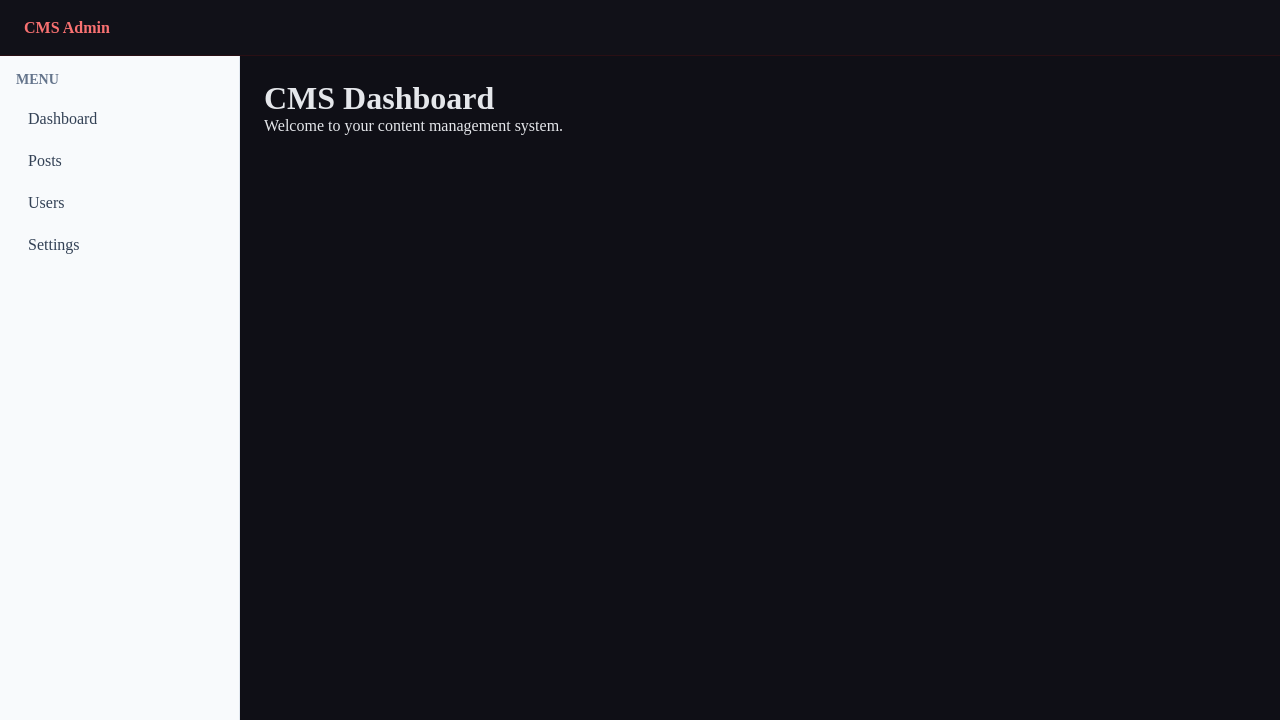
Repository: rajendratamang/react-dashboard
Page: /
An editor plug-in stored every save of this project. The page is shown before and after the next save, followed by the edit.
The browser window is 1280 px wide. The pictures show the whole page.
The project was rebuilt for these pictures with package versions that can differ from the ones it lists, and the page was loaded fresh each time. Also part of the build but not shown: vite.config.ts.

Above is the page before, as saved 2026-01-16 20:23:34.

### src/App.tsx
import MainLayout from "./layouts/MainLayout";
import Dashboard from "./pages/Dashboard";

function App() {
  return (
    <MainLayout>
      <Dashboard />
    </MainLayout>
  );
}

export default App;

### src/index.css
* {
  margin: 0;
  padding: 0;
  box-sizing: border-box;
}

html, body, #root {
  height: 100%;
  width: 100%;
}

### src/layouts/MainLayout.tsx
import { ReactNode } from "react";
import Sidebar from "../components/Sidebar";

type MainLayoutProps = {
  children: ReactNode;
};

export default function MainLayout({ children }: MainLayoutProps) {
  return (
    <div
      style={{
        height: "100%",
        width: "100%",
        display: "flex",
        flexDirection: "column",
        backgroundColor: "#0b0b0f" // app background (blackish)
      }}
    >
      {/* Header */}
      <header
        style={{
          height: "56px",
          width: "100%",
          backgroundColor: "#111118",
          borderBottom: "1px solid #2a0f14",
          display: "flex",
          alignItems: "center",
          padding: "0 24px",
          fontWeight: 600,
          color: "#f87171" // soft red
        }}
      >
        CMS Admin
      </header>

      {/* Body */}
      <div
        style={{
          flex: 1,
          display: "flex",
          width: "100%",
          overflow: "hidden"
        }}
      >
        {/* Sidebar */}
        <Sidebar />

        {/* Main Content */}
        <main
          style={{
            flex: 1,
            backgroundColor: "#0f0f16",
            color: "#e5e7eb",
            overflowY: "auto"
          }}
        >
          {children}
        </main>
      </div>
    </div>
  );
}

### src/pages/Dashboard.tsx
export default function Dashboard() {
  return (
    <div style={{ padding: "24px" }}>
      <h1>CMS Dashboard</h1>
      <p>Welcome to your content management system.</p>
    </div>
  );
}

### src/components/Sidebar.tsx
type MenuItem = {
  label: string;
};

const menuItems: MenuItem[] = [
  { label: "Dashboard" },
  { label: "Posts" },
  { label: "Users" },
  { label: "Settings" }
];

export default function Sidebar() {
  return (
    <aside
      style={{
        width: "240px",
        backgroundColor: "#f8fafc",
        borderRight: "1px solid #e2e8f0",
        padding: "16px",
        color: "#334155"
      }}
    >
      {/* Sidebar Title */}
      <div
        style={{
          fontSize: "14px",
          fontWeight: 600,
          color: "#64748b",
          marginBottom: "12px",
          textTransform: "uppercase"
        }}
      >
        Menu
      </div>

      {/* Menu Items */}
      <nav>
        {menuItems.map((item) => (
          <div
            key={item.label}
            style={{
              padding: "10px 12px",
              borderRadius: "6px",
              cursor: "pointer",
              marginBottom: "4px"
            }}
            onMouseEnter={(e) =>
              (e.currentTarget.style.backgroundColor = "#e2e8f0")
            }
            onMouseLeave={(e) =>
              (e.currentTarget.style.backgroundColor = "transparent")
            }
          >
            {item.label}
          </div>
        ))}
      </nav>
    </aside>
  );
}

Loaded but not shown: index.html (common file); src/main.tsx (common file)

After the next save:
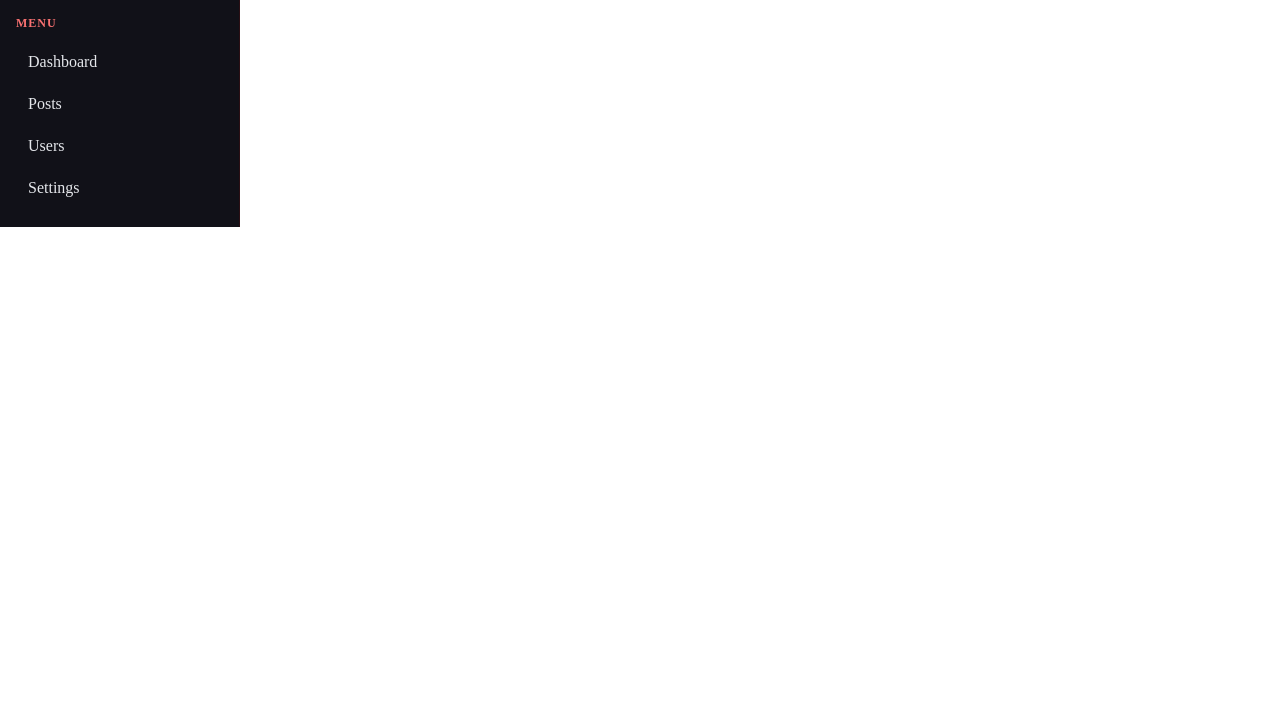
Saved 13 s later.
--- a/src/layouts/MainLayout.tsx
+++ b/src/layouts/MainLayout.tsx
@@ -1,62 +1,64 @@
-import { ReactNode } from "react";
-import Sidebar from "../components/Sidebar";
-
-type MainLayoutProps = {
-  children: ReactNode;
+type MenuItem = {
+  label: string;
 };
 
-export default function MainLayout({ children }: MainLayoutProps) {
+const menuItems: MenuItem[] = [
+  { label: "Dashboard" },
+  { label: "Posts" },
+  { label: "Users" },
+  { label: "Settings" }
+];
+
+export default function Sidebar() {
   return (
-    <div
+    <aside
       style={{
-        height: "100%",
-        width: "100%",
-        display: "flex",
-        flexDirection: "column",
-        backgroundColor: "#0b0b0f" // app background (blackish)
+        width: "240px",
+        backgroundColor: "#111118",
+        borderRight: "1px solid #2a0f14",
+        padding: "16px",
+        color: "#e5e7eb"
       }}
     >
-      {/* Header */}
-      <header
+      {/* Sidebar Title */}
+      <div
         style={{
-          height: "56px",
-          width: "100%",
-          backgroundColor: "#111118",
-          borderBottom: "1px solid #2a0f14",
-          display: "flex",
-          alignItems: "center",
-          padding: "0 24px",
+          fontSize: "12px",
           fontWeight: 600,
-          color: "#f87171" // soft red
+          color: "#f87171",
+          marginBottom: "12px",
+          letterSpacing: "0.08em",
+          textTransform: "uppercase"
         }}
       >
-        CMS Admin
-      </header>
+        Menu
+      </div>
 
-      {/* Body */}
-      <div
-        style={{
-          flex: 1,
-          display: "flex",
-          width: "100%",
-          overflow: "hidden"
-        }}
-      >
-        {/* Sidebar */}
-        <Sidebar />
-
-        {/* Main Content */}
-        <main
-          style={{
-            flex: 1,
-            backgroundColor: "#0f0f16",
-            color: "#e5e7eb",
-            overflowY: "auto"
-          }}
-        >
-          {children}
-        </main>
-      </div>
-    </div>
+      {/* Menu Items */}
+      <nav>
+        {menuItems.map((item) => (
+          <div
+            key={item.label}
+            style={{
+              padding: "10px 12px",
+              borderRadius: "6px",
+              cursor: "pointer",
+              marginBottom: "4px",
+              color: "#e5e7eb"
+            }}
+            onMouseEnter={(e) => {
+              e.currentTarget.style.backgroundColor = "#1a0f14";
+              e.currentTarget.style.color = "#f87171";
+            }}
+            onMouseLeave={(e) => {
+              e.currentTarget.style.backgroundColor = "transparent";
+              e.currentTarget.style.color = "#e5e7eb";
+            }}
+          >
+            {item.label}
+          </div>
+        ))}
+      </nav>
+    </aside>
   );
 }

After the 2 saves that followed:
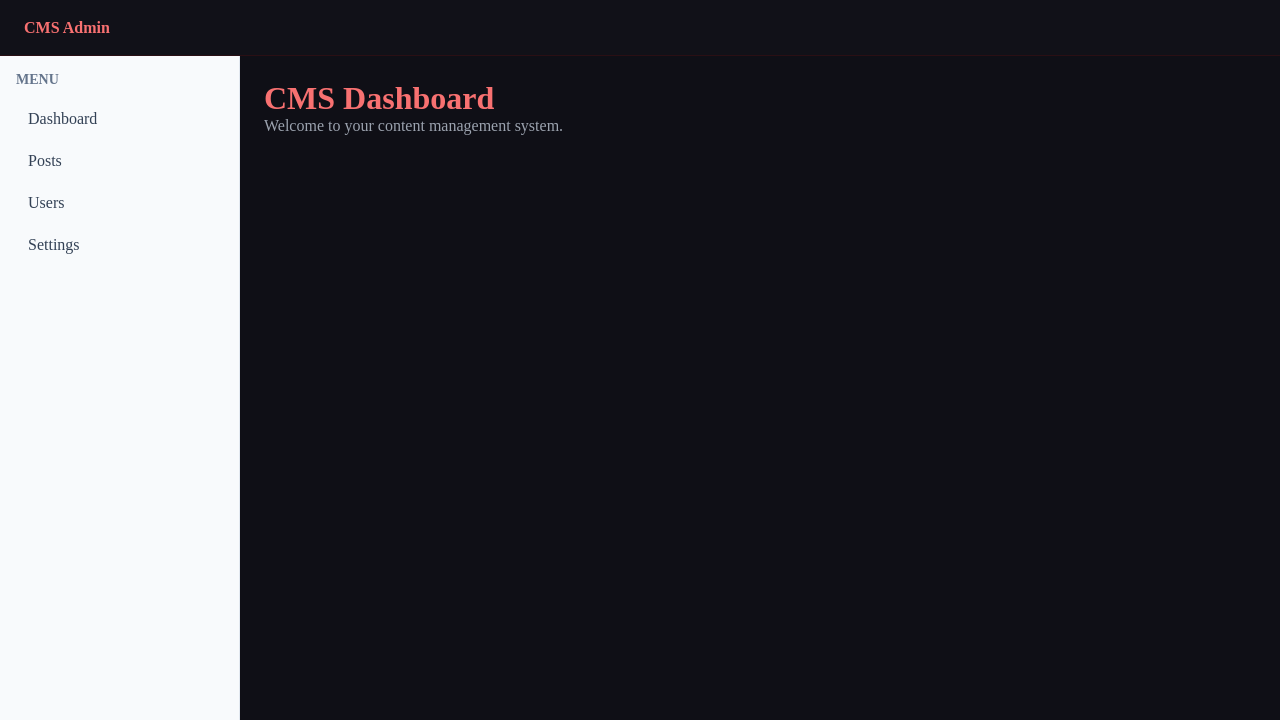
The 2 saves are shown as one change because 1 left the picture as it was.
The last was saved 34 s later.
--- a/src/layouts/MainLayout.tsx
+++ b/src/layouts/MainLayout.tsx
@@ -1,64 +1,62 @@
-type MenuItem = {
-  label: string;
+import { ReactNode } from "react";
+import Sidebar from "../components/Sidebar";
+
+type MainLayoutProps = {
+  children: ReactNode;
 };
 
-const menuItems: MenuItem[] = [
-  { label: "Dashboard" },
-  { label: "Posts" },
-  { label: "Users" },
-  { label: "Settings" }
-];
-
-export default function Sidebar() {
+export default function MainLayout({ children }: MainLayoutProps) {
   return (
-    <aside
+    <div
       style={{
-        width: "240px",
-        backgroundColor: "#111118",
-        borderRight: "1px solid #2a0f14",
-        padding: "16px",
-        color: "#e5e7eb"
+        height: "100%",
+        width: "100%",
+        display: "flex",
+        flexDirection: "column",
+        backgroundColor: "#0b0b0f" // app background (blackish)
       }}
     >
-      {/* Sidebar Title */}
+      {/* Header */}
+      <header
+        style={{
+          height: "56px",
+          width: "100%",
+          backgroundColor: "#111118",
+          borderBottom: "1px solid #2a0f14",
+          display: "flex",
+          alignItems: "center",
+          padding: "0 24px",
+          fontWeight: 600,
+          color: "#f87171" // soft red
+        }}
+      >
+        CMS Admin
+      </header>
+
+      {/* Body */}
       <div
         style={{
-          fontSize: "12px",
-          fontWeight: 600,
-          color: "#f87171",
-          marginBottom: "12px",
-          letterSpacing: "0.08em",
-          textTransform: "uppercase"
+          flex: 1,
+          display: "flex",
+          width: "100%",
+          overflow: "hidden"
         }}
       >
-        Menu
+        {/* Sidebar */}
+        <Sidebar />
+
+        {/* Main Content */}
+        <main
+          style={{
+            flex: 1,
+            backgroundColor: "#0f0f16",
+            color: "#e5e7eb",
+            overflowY: "auto"
+          }}
+        >
+          {children}
+        </main>
       </div>
-
-      {/* Menu Items */}
-      <nav>
-        {menuItems.map((item) => (
-          <div
-            key={item.label}
-            style={{
-              padding: "10px 12px",
-              borderRadius: "6px",
-              cursor: "pointer",
-              marginBottom: "4px",
-              color: "#e5e7eb"
-            }}
-            onMouseEnter={(e) => {
-              e.currentTarget.style.backgroundColor = "#1a0f14";
-              e.currentTarget.style.color = "#f87171";
-            }}
-            onMouseLeave={(e) => {
-              e.currentTarget.style.backgroundColor = "transparent";
-              e.currentTarget.style.color = "#e5e7eb";
-            }}
-          >
-            {item.label}
-          </div>
-        ))}
-      </nav>
-    </aside>
+    </div>
   );
 }
--- a/src/pages/Dashboard.tsx
+++ b/src/pages/Dashboard.tsx
@@ -1,8 +1,10 @@
 export default function Dashboard() {
   return (
     <div style={{ padding: "24px" }}>
-      <h1>CMS Dashboard</h1>
-      <p>Welcome to your content management system.</p>
+      <h1 style={{ color: "#f87171" }}>CMS Dashboard</h1>
+      <p style={{ color: "#9ca3af" }}>
+        Welcome to your content management system.
+      </p>
     </div>
   );
 }
